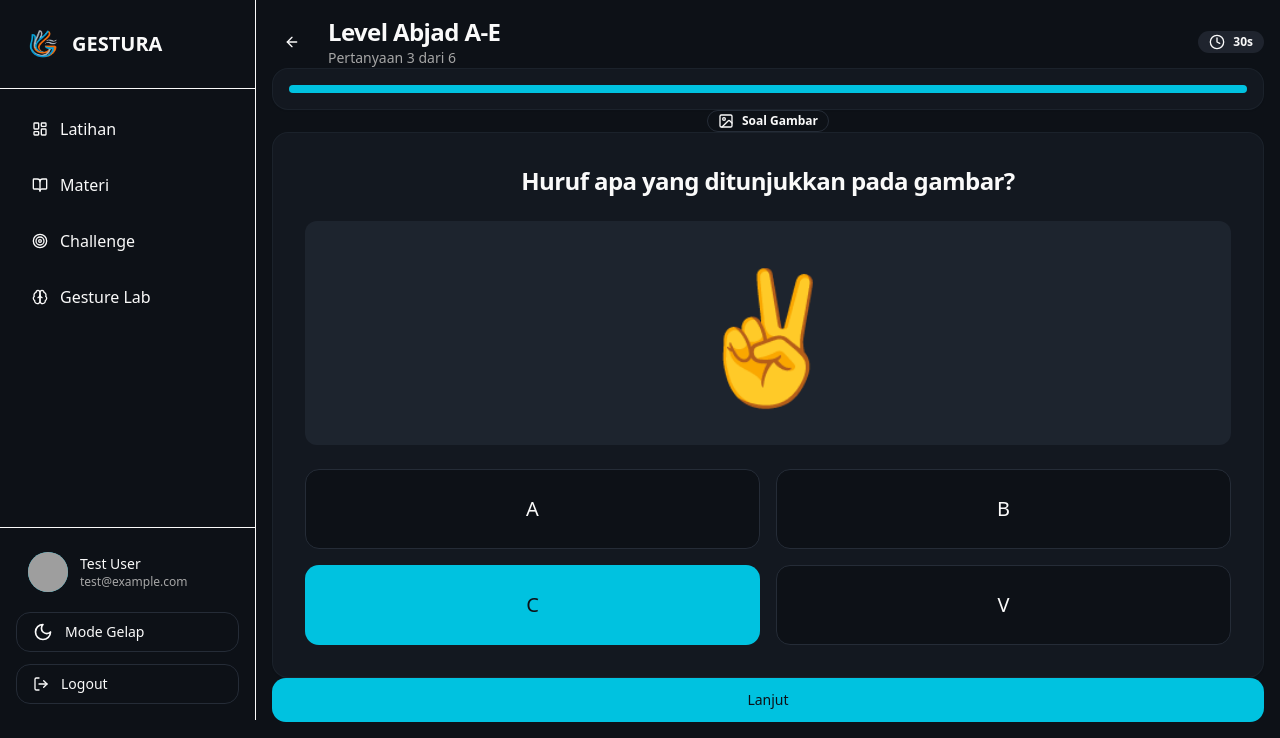
Repository: Tisna7/GESTURA
Page: http://localhost/latihan-isi-3
These files come from the project's save history. The page is drawn as it stood at one moment and after the next save; the edit follows.
The browser window is 1280 px wide. The pictures show the whole page.
Pictures or frames that could not be fetched are drawn as grey boxes. The page is served by the project's Laravel application, run on PHP 8.4 with Laravel 12. A made-up administrator, Test User (test@example.com), is signed in. Other server files are loaded and not shown. Style sheets and scripts are compiled from the project's sources, by tool versions that may differ from the author's.

Above is the page before, as saved 2025-11-23 21:26:25.

### app/Providers/AppServiceProvider.php
<?php

namespace App\Providers;

use Illuminate\Support\ServiceProvider;

class AppServiceProvider extends ServiceProvider
{
    /**
     * Register any application services.
     */
    public function register(): void
    {

    }

    /**
     * Bootstrap any application services.
     */
    public function boot(): void
    {

    }
}

### routes/web.php
<?php

use Illuminate\Support\Facades\Route;
use App\Http\Controllers\AuthController;
use App\Http\Controllers\ProfileController;

Route::get('/', function () {
    return view('landingpage');
});

Route::get('/auth', [AuthController::class, 'showPage'])->name('auth.page');

// Route::post('/register', [AuthController::class, 'register'])->name('register');

// Route::post('/login', [AuthController::class, 'login'])->name('login');
// Route::post('/logout', [AuthController::class, 'logout'])->name('logout');


// REGISTER
Route::post('/register', [AuthController::class, 'register'])->name('auth.register');

// LOGIN
Route::post('/login', [AuthController::class, 'login'])->name('auth.login');

// LOGIN GUEST
Route::get('/login/guest', [AuthController::class, 'loginGuest'])->name('auth.guest');

// LOGOUT
Route::get('/logout', [AuthController::class, 'logout'])->name('auth.logout');


Route::get('/profile/edit', [ProfileController::class, 'edit'])->name('profile.edit');
Route::put('/profile/update', [ProfileController::class, 'update'])->name('profile.update');


Route::get('/profile', function () {
    return view('user.profile');
});
Route::get('/materi', function () {
    return view('user.materi');
});
Route::get('/gesturelab', function () {
    return view('user.gesture-lab-practice');
});
Route::get('/gesture-lab-translate', function () {
    return view('user.gesture-lab-translate');
});
Route::get('/materi-isi', function () {
    return view('user.materi-isi');
});
Route::get('/latihan', function () {
    return view('user.quiz');
});
Route::get('/latihan-isi-1', function () {
    return view('user.quiz-isi-1');
});
Route::get('/latihan-isi-2', function () {
    return view('user.quiz-isi-2');
});
Route::get('/latihan-isi-3', function () {
    return view('user.quiz-isi-3');
});
Route::get('/latihan-isi-4', function () {
    return view('user.quiz-isi-4');
});
Route::get('/Challenge', function () {
    return view('user.challenge');
});
Route::get('/Challenge-isi', function () {
    return view('user.challenge-isi');
});

### resources/views/user/quiz-isi-3.blade.php
@extends('app')
@section('title', 'Dashboard')

@section('content')
    <x-sidebar-user></x-sidebar-user>

    <main class="lg:ml-64 min-h-screen pt-16 lg:pt-0">
        <div class="p-4 md:p-8">
            <div class="flex items-center justify-between">
                <div class="flex items-center gap-4"><button
                        class="inline-flex items-center justify-center gap-2 whitespace-nowrap rounded-md text-sm font-medium ring-offset-background transition-colors focus-visible:outline-none focus-visible:ring-2 focus-visible:ring-ring focus-visible:ring-offset-2 disabled:pointer-events-none disabled:opacity-50 [&amp;_svg]:pointer-events-none [&amp;_svg]:size-4 [&amp;_svg]:shrink-0 hover:bg-accent hover:text-accent-foreground h-10 w-10"><svg
                            xmlns="http://www.w3.org/2000/svg" width="24" height="24" viewBox="0 0 24 24" fill="none"
                            stroke="currentColor" stroke-width="2" stroke-linecap="round" stroke-linejoin="round"
                            class="lucide lucide-arrow-left h-5 w-5">
                            <path d="m12 19-7-7 7-7"></path>
                            <path d="M19 12H5"></path>
                        </svg></button>
                    <div>
                        <h1 class="text-2xl font-bold">Level Abjad A-E</h1>
                        <p class="text-sm text-muted-foreground">Pertanyaan 3 dari 6</p>
                    </div>
                </div>
                <div
                    class="inline-flex items-center rounded-full border px-2.5 py-0.5 text-xs font-semibold transition-colors focus:outline-none focus:ring-2 focus:ring-ring focus:ring-offset-2 border-transparent bg-secondary text-secondary-foreground hover:bg-secondary/80 gap-2">
                    <svg xmlns="http://www.w3.org/2000/svg" width="24" height="24" viewBox="0 0 24 24" fill="none"
                        stroke="currentColor" stroke-width="2" stroke-linecap="round" stroke-linejoin="round"
                        class="lucide lucide-clock h-4 w-4">
                        <circle cx="12" cy="12" r="10"></circle>
                        <polyline points="12 6 12 12 16 14"></polyline>
                    </svg>30s
                </div>
            </div>
            <div class="rounded-lg border text-card-foreground shadow-sm p-4 bg-card border-border/50">
                <div aria-valuemax="100" aria-valuemin="0" role="progressbar" data-state="indeterminate" data-max="100"
                    class="relative w-full overflow-hidden rounded-full bg-secondary h-2">
                    <div data-state="indeterminate" data-max="100" class="h-full w-full flex-1 bg-primary transition-all"
                        style="transform: translateX(0%);"></div>
                </div>
            </div>
            <div class="flex justify-center">
                <div
                    class="inline-flex items-center rounded-full border px-2.5 py-0.5 text-xs font-semibold transition-colors focus:outline-none focus:ring-2 focus:ring-ring focus:ring-offset-2 text-foreground gap-2">
                    <svg xmlns="http://www.w3.org/2000/svg" width="24" height="24" viewBox="0 0 24 24" fill="none"
                        stroke="currentColor" stroke-width="2" stroke-linecap="round" stroke-linejoin="round"
                        class="lucide lucide-image h-4 w-4">
                        <rect width="18" height="18" x="3" y="3" rx="2" ry="2"></rect>
                        <circle cx="9" cy="9" r="2"></circle>
                        <path d="m21 15-3.086-3.086a2 2 0 0 0-2.828 0L6 21"></path>
                    </svg>Soal Gambar
                </div>
            </div>
            <div class="rounded-lg border text-card-foreground shadow-sm p-8 bg-card border-border/50">
                <div class="space-y-6">
                    <h2 class="text-2xl font-bold text-center">Huruf apa yang ditunjukkan pada gambar?</h2>
                    <div class="bg-muted/50 rounded-xl p-12 flex items-center justify-center">
                        <div class="text-9xl">✌️</div>
                    </div>
                    <div class="grid grid-cols-2 gap-4"><button
                            class="inline-flex items-center justify-center gap-2 whitespace-nowrap font-medium ring-offset-background transition-colors focus-visible:outline-none focus-visible:ring-2 focus-visible:ring-ring focus-visible:ring-offset-2 disabled:pointer-events-none disabled:opacity-50 [&amp;_svg]:pointer-events-none [&amp;_svg]:size-4 [&amp;_svg]:shrink-0 border border-input bg-background hover:bg-accent hover:text-accent-foreground rounded-md px-8 h-20 text-xl">A</button><button
                            class="inline-flex items-center justify-center gap-2 whitespace-nowrap font-medium ring-offset-background transition-colors focus-visible:outline-none focus-visible:ring-2 focus-visible:ring-ring focus-visible:ring-offset-2 disabled:pointer-events-none disabled:opacity-50 [&amp;_svg]:pointer-events-none [&amp;_svg]:size-4 [&amp;_svg]:shrink-0 border border-input bg-background hover:bg-accent hover:text-accent-foreground rounded-md px-8 h-20 text-xl">B</button><button
                            class="inline-flex items-center justify-center gap-2 whitespace-nowrap font-medium ring-offset-background transition-colors focus-visible:outline-none focus-visible:ring-2 focus-visible:ring-ring focus-visible:ring-offset-2 disabled:pointer-events-none disabled:opacity-50 [&amp;_svg]:pointer-events-none [&amp;_svg]:size-4 [&amp;_svg]:shrink-0 bg-primary text-primary-foreground hover:bg-primary/90 rounded-md px-8 h-20 text-xl hover-glow">C</button><button
                            class="inline-flex items-center justify-center gap-2 whitespace-nowrap font-medium ring-offset-background transition-colors focus-visible:outline-none focus-visible:ring-2 focus-visible:ring-ring focus-visible:ring-offset-2 disabled:pointer-events-none disabled:opacity-50 [&amp;_svg]:pointer-events-none [&amp;_svg]:size-4 [&amp;_svg]:shrink-0 border border-input bg-background hover:bg-accent hover:text-accent-foreground rounded-md px-8 h-20 text-xl">V</button>
                    </div>
                </div>
            </div><button
                class="inline-flex items-center justify-center gap-2 whitespace-nowrap text-sm font-medium ring-offset-background transition-colors focus-visible:outline-none focus-visible:ring-2 focus-visible:ring-ring focus-visible:ring-offset-2 disabled:pointer-events-none disabled:opacity-50 [&amp;_svg]:pointer-events-none [&amp;_svg]:size-4 [&amp;_svg]:shrink-0 bg-primary text-primary-foreground hover:bg-primary/90 h-11 rounded-md px-8 w-full hover-glow">Lanjut</button>
        </div>
    </main>
@endsection

### resources/views/components/sidebar-user.blade.php
@php
    use Illuminate\Support\Facades\Auth;
@endphp



<aside
    class="fixed top-0 left-0 h-full bg-sidebar border-r border-sidebar-border shadow-medium z-40 transition-transform duration-300 -translate-x-full lg:translate-x-0 w-64">
    <div class="flex flex-col h-full">

        {{-- LOGO --}}
        <div class="lg:flex items-center gap-2 p-6 border-b border-sidebar-border">
            <div class="w-10 h-10 rounded-full bg-gradient-hero flex items-center justify-center shadow-soft">
                <img src="{{ asset('image/logo.png') }}" alt="MindCare Logo" class="w-8 h-8">
            </div>
            <div>
                <span class="text-xl font-bold bg-gradient-to-r from-primary to-accent bg-clip-text  block">
                    GESTURA
                </span>
            </div>
        </div>

        {{-- MENU --}}
        <nav class="flex-1 p-4 space-y-2 overflow-y-auto mt-10 lg:mt-0 ">

            {{-- Latihan --}}
            <a class="{{ request()->is('latihan') ? 'bg-sidebar-accent text-sidebar-accent-foreground font-medium shadow-soft'
                : 'text-sidebar-foreground hover:bg-sidebar-accent/50' }}
                flex items-center gap-3 px-4 py-3 rounded-xl transition-smooth"
                href="/latihan">

                <svg xmlns="http://www.w3.org/2000/svg" viewBox="0 0 24 24"
                    fill="none" stroke="currentColor" stroke-width="2"
                    stroke-linecap="round" stroke-linejoin="round"
                    class="lucide lucide-layout-dashboard w-4 h-4">
                    <rect width="7" height="9" x="3" y="3" rx="1"></rect>
                    <rect width="7" height="5" x="14" y="3" rx="1"></rect>
                    <rect width="7" height="9" x="14" y="12" rx="1"></rect>
                    <rect width="7" height="5" x="3" y="16" rx="1"></rect>
                </svg>

                <span>Latihan</span>
            </a>

            {{-- Materi --}}
            <a class="{{ request()->is('materi') ? 'bg-sidebar-accent text-sidebar-accent-foreground font-medium shadow-soft'
                : 'text-sidebar-foreground hover:bg-sidebar-accent/50' }}
                flex items-center gap-3 px-4 py-3 rounded-xl transition-smooth"
                href="/materi">

                <svg xmlns="http://www.w3.org/2000/svg" viewBox="0 0 24 24"
                    fill="none" stroke="currentColor" stroke-width="2"
                    stroke-linecap="round" stroke-linejoin="round"
                    class="lucide lucide-book-open w-4 h-4">
                    <path d="M12 7v14"></path>
                    <path
                        d="M3 18a1 1 0 0 1-1-1V4a1 1 0 0 1 1-1h5a4 4 0 0 1 4 4 4 4 0 0 1 4-4h5a1 1 0 0 1 1 1v13a1 1 0 0 1-1 1h-6a3 3 0 0 0-3 3 3 3 0 0 0-3-3z">
                    </path>
                </svg>

                <span>Materi</span>
            </a>

            {{-- Challenge --}}
            <a class="{{ request()->is('Challenge') ? 'bg-sidebar-accent text-sidebar-accent-foreground font-medium shadow-soft'
                : 'text-sidebar-foreground hover:bg-sidebar-accent/50' }}
                flex items-center gap-3 px-4 py-3 rounded-xl transition-smooth"
                href="/Challenge">

                <svg xmlns="http://www.w3.org/2000/svg" viewBox="0 0 24 24"
                    fill="none" stroke="currentColor" stroke-width="2"
                    stroke-linecap="round" stroke-linejoin="round"
                    class="lucide lucide-target w-4 h-4">
                    <circle cx="12" cy="12" r="10"></circle>
                    <circle cx="12" cy="12" r="6"></circle>
                    <circle cx="12" cy="12" r="2"></circle>
                </svg>

                <span>Challenge</span>
            </a>

            {{-- Gesture Lab --}}
            <a class="{{ request()->is('gesturelab') ? 'bg-sidebar-accent text-sidebar-accent-foreground font-medium shadow-soft'
                : 'text-sidebar-foreground hover:bg-sidebar-accent/50' }}
                flex items-center gap-3 px-4 py-3 rounded-xl transition-smooth"
                href="/gesturelab">

                <svg xmlns="http://www.w3.org/2000/svg" viewBox="0 0 24 24"
                    fill="none" stroke="currentColor" stroke-width="2"
                    stroke-linecap="round" stroke-linejoin="round"
                    class="lucide lucide-brain w-4 h-4">

                    <path d="M12 5a3 3 0 1 0-5.997.125 4 4 0 0 0-2.526 5.77 4 4 0 0 0 .556 6.588A4 4 0 1 0 12 18Z"></path>
                    <path d="M12 5a3 3 0 1 1 5.997.125 4 4 0 0 1 2.526 5.77 4 4 0 0 1-.556 6.588A4 4 0 1 1 12 18Z"></path>
                    <path d="M15 13a4.5 4.5 0 0 1-3-4 4.5 4.5 0 0 1-3 4"></path>

                </svg>

                <span>Gesture Lab</span>
            </a>
        </nav>

        {{-- BOTTOM SECTION --}}
        <div class="p-4 border-t border-sidebar-border space-y-3">

            {{-- User Button --}}
            <button
                class="w-full flex items-center gap-3 px-3 py-2 rounded-xl hover:bg-sidebar-accent transition-smooth"
                type="button">
                <span class="relative flex items-center justify-center shrink-0 overflow-hidden rounded-full w-10 h-10 bg-primary"><img class="h-full w-full object-cover"
        src="https://api.dicebear.com/7.x/avataaars/svg?seed={{ Auth::user()->profile_image }}"></span>
                <div class="flex-1 text-left">
                    <p class="text-sm font-medium text-sidebar-foreground">{{ Auth::user()->name }}</p>
                    <p class="text-xs text-muted-foreground">{{ Auth::user()->email }}</p>
                </div>
            </button>

            {{-- Mode Gelap --}}
            <button
                class="inline-flex items-center whitespace-nowrap rounded-md text-sm font-medium border border-input bg-background hover:bg-accent hover:text-accent-foreground h-10 px-4 py-2 w-full justify-start gap-3 hover:bg-accent transition-smooth">
                <svg xmlns="http://www.w3.org/2000/svg" viewBox="0 0 24 24"
                    fill="none" stroke="currentColor" stroke-width="2"
                    stroke-linecap="round" stroke-linejoin="round"
                    class="lucide lucide-moon w-4 h-4">
                    <path d="M12 3a6 6 0 0 0 9 9 9 9 0 1 1-9-9Z"></path>
                </svg>
                <span>Mode Gelap</span>
            </button>

            {{-- Logout --}}
            <form action="" method="POST">
                @csrf
                <button type="submit"
                    class="inline-flex items-center whitespace-nowrap rounded-md text-sm font-medium border border-input bg-background hover:bg-accent hover:text-accent-foreground h-10 px-4 py-2 w-full justify-start gap-3">

                    <svg xmlns="http://www.w3.org/2000/svg" viewBox="0 0 24 24"
                        fill="none" stroke="currentColor" stroke-width="2"
                        stroke-linecap="round" stroke-linejoin="round"
                        class="lucide lucide-log-out w-4 h-4">
                        <path d="M9 21H5a2 2 0 0 1-2-2V5a2 2 0 0 1 2-2h4"></path>
                        <polyline points="16 17 21 12 16 7"></polyline>
                        <line x1="21" x2="9" y1="12" y2="12"></line>
                    </svg>

                    <span>Logout</span>
                </button>
            </form>

        </div>
    </div>
</aside>




<script>
    const html = document.documentElement;
    const toggleDark = document.querySelector('.hover\\:bg-accent'); // tombol "Mode Gelap"
    const icon = toggleDark.querySelector('svg');
    const label = toggleDark.querySelector('span');

    // Cek tema yang tersimpan
    const storedTheme = localStorage.getItem("theme");
    const systemPrefersDark = window.matchMedia("(prefers-color-scheme: dark)").matches;

    // Fungsi ubah tema
    function setTheme(dark) {
        if (dark) {
            html.classList.add("dark");
            localStorage.setItem("theme", "dark");
            label.textContent = "Mode Terang";
            icon.outerHTML = `
        <svg xmlns="http://www.w3.org/2000/svg" width="24" height="24"
          viewBox="0 0 24 24" fill="none" stroke="currentColor"
          stroke-width="2" stroke-linecap="round" stroke-linejoin="round"
          class="lucide lucide-sun w-5 h-5">
          <circle cx="12" cy="12" r="4"></circle>
          <path d="M12 2v2"></path>
          <path d="M12 20v2"></path>
          <path d="m4.93 4.93 1.41 1.41"></path>
          <path d="m17.66 17.66 1.41 1.41"></path>
          <path d="M2 12h2"></path>
          <path d="M20 12h2"></path>
          <path d="m6.34 17.66-1.41 1.41"></path>
          <path d="m19.07 4.93-1.41 1.41"></path>
        </svg>`;
        } else {
            html.classList.remove("dark");
            localStorage.setItem("theme", "light");
            label.textContent = "Mode Gelap";
            icon.outerHTML = `
        <svg xmlns="http://www.w3.org/2000/svg" width="24" height="24"
          viewBox="0 0 24 24" fill="none" stroke="currentColor"
          stroke-width="2" stroke-linecap="round" stroke-linejoin="round"
          class="lucide lucide-moon w-5 h-5">
          <path d="M12 3a6 6 0 0 0 9 9 9 9 0 1 1-9-9Z"></path>
        </svg>`;
        }
    }

    // Terapkan tema saat load pertama
    setTheme(storedTheme === "dark" || (!storedTheme && systemPrefersDark));

    // Tambahkan event listener untuk toggle
    toggleDark.addEventListener("click", () => {
        setTheme(!html.classList.contains("dark"));
    });
</script>

### resources/views/app.blade.php
<!DOCTYPE html>
<html lang="id">
<head>
  <meta charset="UTF-8">
  <meta name="viewport" content="width=device-width, initial-scale=1.0">
  <meta name="csrf-token" content="{{ csrf_token() }}">
  <link rel="icon" type="image/png" href="{{ asset('images/logo.png') }}">
  <title>@yield('title', 'GESTURA')</title>

  <!-- Tailwind CSS -->
  {{-- @vite('public/build/app-Lz3KVd0D.css') --}}
  {{-- <!-- @vite('resources/css/app.css') --> --}}
   {{-- <!-- @vite('public/build/assets/app-TBPMHXQo.css') --> --}}

  @vite(['resources/css/app.css', 'resources/css/theme.css'])

  <script defer src="https://cdn.jsdelivr.net/npm/alpinejs@3.x.x/dist/cdn.min.js"></script>

</head>
<body>
  @yield('content')
</body>
</html>

### resources/css/app.css
@import 'tailwindcss';
@import "./theme.css";

@source '../../vendor/laravel/framework/src/Illuminate/Pagination/resources/views/*.blade.php';
@source '../../storage/framework/views/*.php';
@source '../**/*.blade.php';
@source '../**/*.js';

@theme {
    --font-sans: 'Instrument Sans', ui-sans-serif, system-ui, sans-serif, 'Apple Color Emoji', 'Segoe UI Emoji',
        'Segoe UI Symbol', 'Noto Color Emoji';

    --color-background: #ffabcc;
}

Loaded but not shown: app/Models/User.php (common file); resources/css/theme.css (library)

After the next save:
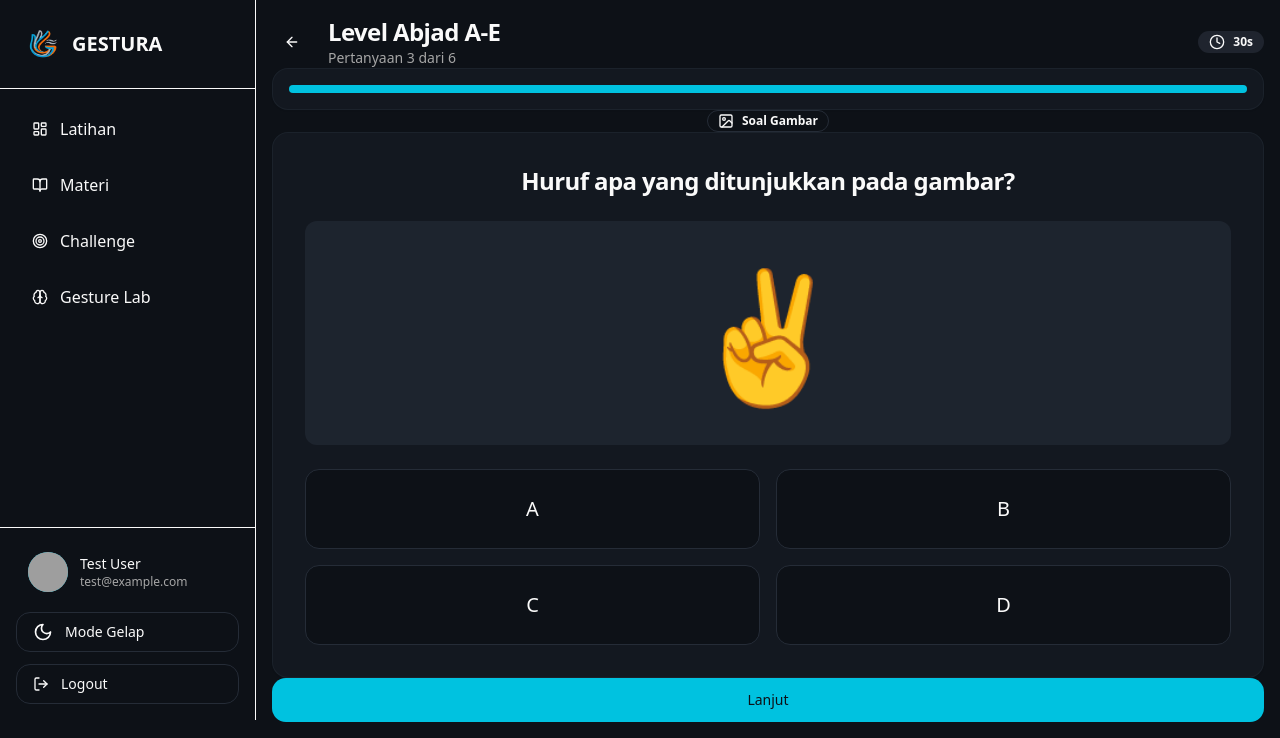
Saved 5 s later.
--- a/resources/views/user/quiz-isi-3.blade.php
+++ b/resources/views/user/quiz-isi-3.blade.php
@@ -56,11 +56,11 @@
                         <div class="text-9xl">✌️</div>
                     </div>
                     <div class="grid grid-cols-2 gap-4"><button
-                            class="inline-flex items-center justify-center gap-2 whitespace-nowrap font-medium ring-offset-background transition-colors focus-visible:outline-none focus-visible:ring-2 focus-visible:ring-ring focus-visible:ring-offset-2 disabled:pointer-events-none disabled:opacity-50 [&amp;_svg]:pointer-events-none [&amp;_svg]:size-4 [&amp;_svg]:shrink-0 border border-input bg-background hover:bg-accent hover:text-accent-foreground rounded-md px-8 h-20 text-xl">A</button><button
-                            class="inline-flex items-center justify-center gap-2 whitespace-nowrap font-medium ring-offset-background transition-colors focus-visible:outline-none focus-visible:ring-2 focus-visible:ring-ring focus-visible:ring-offset-2 disabled:pointer-events-none disabled:opacity-50 [&amp;_svg]:pointer-events-none [&amp;_svg]:size-4 [&amp;_svg]:shrink-0 border border-input bg-background hover:bg-accent hover:text-accent-foreground rounded-md px-8 h-20 text-xl">B</button><button
-                            class="inline-flex items-center justify-center gap-2 whitespace-nowrap font-medium ring-offset-background transition-colors focus-visible:outline-none focus-visible:ring-2 focus-visible:ring-ring focus-visible:ring-offset-2 disabled:pointer-events-none disabled:opacity-50 [&amp;_svg]:pointer-events-none [&amp;_svg]:size-4 [&amp;_svg]:shrink-0 bg-primary text-primary-foreground hover:bg-primary/90 rounded-md px-8 h-20 text-xl hover-glow">C</button><button
-                            class="inline-flex items-center justify-center gap-2 whitespace-nowrap font-medium ring-offset-background transition-colors focus-visible:outline-none focus-visible:ring-2 focus-visible:ring-ring focus-visible:ring-offset-2 disabled:pointer-events-none disabled:opacity-50 [&amp;_svg]:pointer-events-none [&amp;_svg]:size-4 [&amp;_svg]:shrink-0 border border-input bg-background hover:bg-accent hover:text-accent-foreground rounded-md px-8 h-20 text-xl">V</button>
-                    </div>
+                        class="inline-flex items-center justify-center gap-2 whitespace-nowrap font-medium ring-offset-background transition-colors focus-visible:outline-none focus-visible:ring-2 focus-visible:ring-ring focus-visible:ring-offset-2 disabled:pointer-events-none disabled:opacity-50 [&amp;_svg]:pointer-events-none [&amp;_svg]:size-4 [&amp;_svg]:shrink-0 border border-input bg-background hover:bg-accent hover:text-accent-foreground rounded-md px-8 h-20 text-xl">A</button><button
+                        class="inline-flex items-center justify-center gap-2 whitespace-nowrap font-medium ring-offset-background transition-colors focus-visible:outline-none focus-visible:ring-2 focus-visible:ring-ring focus-visible:ring-offset-2 disabled:pointer-events-none disabled:opacity-50 [&amp;_svg]:pointer-events-none [&amp;_svg]:size-4 [&amp;_svg]:shrink-0 border border-input bg-background hover:bg-accent hover:text-accent-foreground rounded-md px-8 h-20 text-xl">B</button><button
+                        class="inline-flex items-center justify-center gap-2 whitespace-nowrap font-medium ring-offset-background transition-colors focus-visible:outline-none focus-visible:ring-2 focus-visible:ring-ring focus-visible:ring-offset-2 disabled:pointer-events-none disabled:opacity-50 [&amp;_svg]:pointer-events-none [&amp;_svg]:size-4 [&amp;_svg]:shrink-0 border border-input bg-background hover:bg-accent hover:text-accent-foreground rounded-md px-8 h-20 text-xl">C</button><button
+                        class="inline-flex items-center justify-center gap-2 whitespace-nowrap font-medium ring-offset-background transition-colors focus-visible:outline-none focus-visible:ring-2 focus-visible:ring-ring focus-visible:ring-offset-2 disabled:pointer-events-none disabled:opacity-50 [&amp;_svg]:pointer-events-none [&amp;_svg]:size-4 [&amp;_svg]:shrink-0 border border-input bg-background hover:bg-accent hover:text-accent-foreground rounded-md px-8 h-20 text-xl">D</button>
+                </div>
                 </div>
             </div><button
                 class="inline-flex items-center justify-center gap-2 whitespace-nowrap text-sm font-medium ring-offset-background transition-colors focus-visible:outline-none focus-visible:ring-2 focus-visible:ring-ring focus-visible:ring-offset-2 disabled:pointer-events-none disabled:opacity-50 [&amp;_svg]:pointer-events-none [&amp;_svg]:size-4 [&amp;_svg]:shrink-0 bg-primary text-primary-foreground hover:bg-primary/90 h-11 rounded-md px-8 w-full hover-glow">Lanjut</button>
